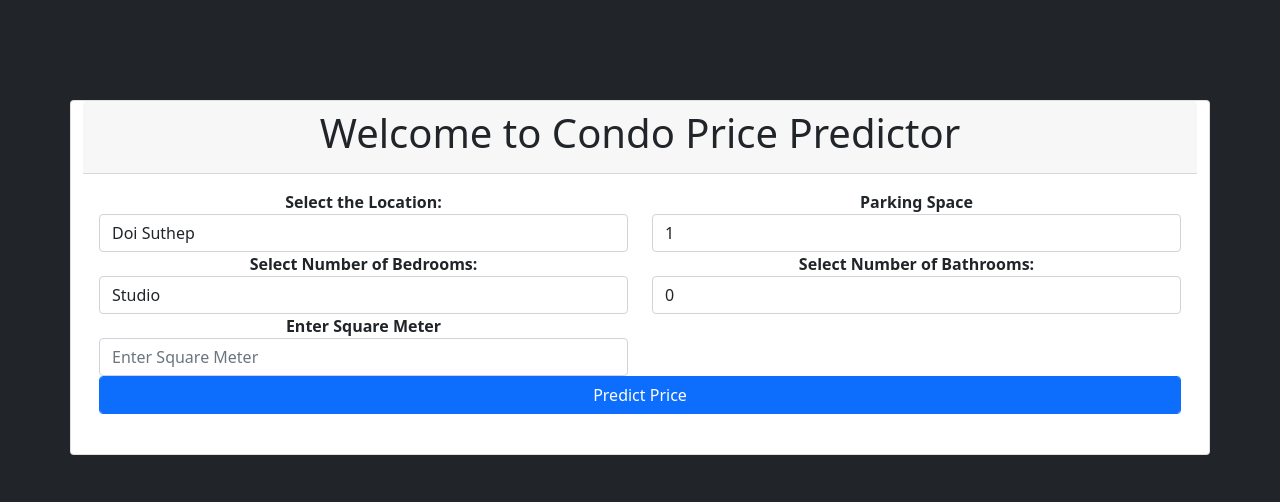
Repository: myothida/condoprice_CNX
Page: http://localhost/
An editor plug-in stored every save of this project. The page is shown before and after the next save, followed by the edit.
The browser window is 1280 px wide. The pictures show the whole page.
The page is served by the project's application, run on Flask 3 (main.py).

Above is the page before, as saved 2023-09-26 22:13:57.

After the next save:
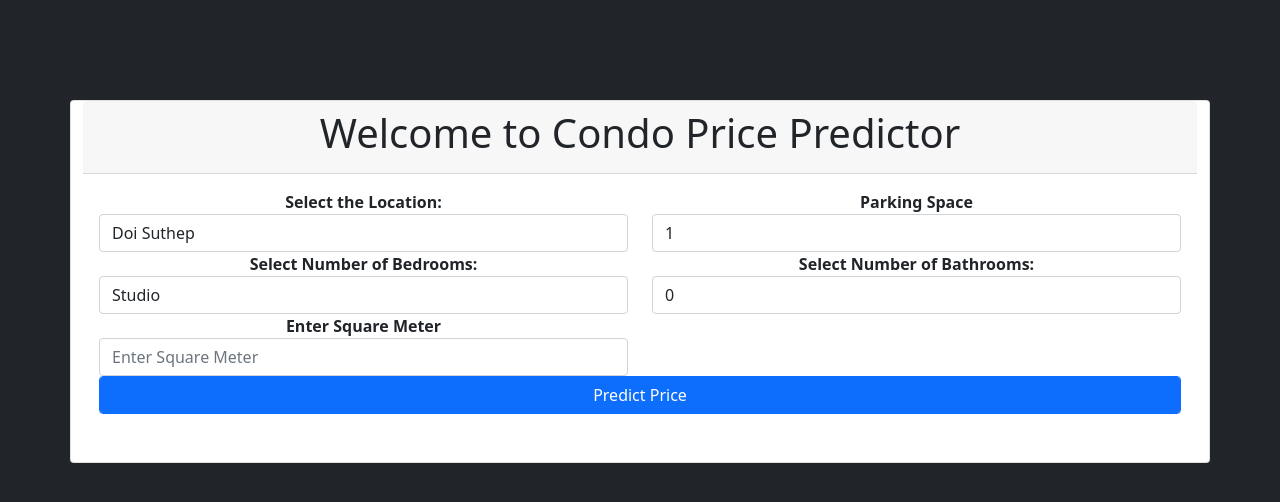
Saved 7 s later.
--- a/templates/index.html
+++ b/templates/index.html
@@ -102,7 +102,9 @@
             </form>
             <br />
 
-            <div class="col-md-12" style="text-align: center"></div>
+            <div class="col-md-12" style="text-align: center">
+              <h1></h1>
+            </div>
           </div>
         </div>
       </div>
